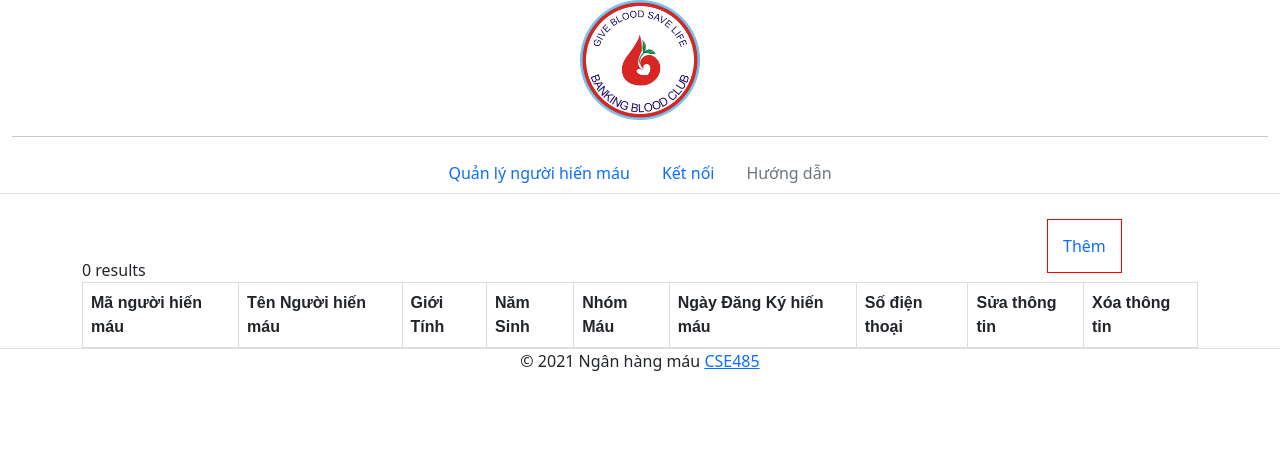
Repository: lengso01/CSE485_K61_KTGK_1951060981
Page: http://localhost/danhsach.php
The author's editor kept a copy of each file at every save. The page is drawn from the files as they stood at one save, then again after the next save.
The browser window is 1280 px wide. The pictures show the whole page.
Some web libraries are served in a nearby version. The page is run by PHP 8.4 with error messages shown; the project is at /var/www/html/. Queries for data that is not in the repository find no rows.

Above is the page before, as saved 2021-10-21 11:09:28.

### src/danhsach.php
<?php
include('config/db.php');
include('header.php');
?>
<main>
<style>
    table {
        font-family: arial, sans-serif;
        border-collapse: collapse;
        width: 100%;
    }

    td,
    th {
        border: 1px solid #dddddd;
        text-align: left;
        padding: 8px;
    }

    tr:nth-child(even) {
        background-color: #dddddd;
    }
    .them a{
        border: 1px solid red;
        margin: 15px;
        padding: 15px;
        text-decoration: none;
    }
    .add{
        margin-top: 40px;
    }
</style>
<div class="container">
        <div class="row add" >
            <div class="col-md-10"></div>
            <div class="col-md-2 them">
            <a href="them.php" ><i class="bi bi-person-plus-fill"></i>Thêm</a>
            </div>

        </div>
        <div class="row">
            <div class="col-md-12">
                <table>
                    <tr>
                        <th>Mã người hiến máu</th>
                        <th>Tên Người hiến máu</th>
                        <th>Giới Tính</th>
                        <th>Năm Sinh</th>
                        <th>Nhóm Máu</th>
                        <th>Ngày Đăng Ký hiến máu</th>
                        <th>Số điện thoại</th>
                        <th>Sửa thông tin</th>
                        <th>Xóa thông tin</th>

                    </tr>
                    <?php
                    include('config/db.php');
                    $sql = "SELECT * FROM BLOOD_DONOR";
                    $result = mysqli_query($conn, $sql);

                    if (mysqli_num_rows($result) > 0) {
                        // output data of each row
                        while ($row = mysqli_fetch_assoc($result)) {
                            echo '<tr>';
                            echo '<td>'.$row["bd_id"].'</td>';
                            echo '<td>'.$row["bd_name"].'</td>';
                            echo '<td>'.$row["bd_sex"].'</td>';
                            echo '<td>'.$row["bd_age"].'</td>';
                            echo '<td>'.$row["bd_bgroup"].'</td>';
                            echo '<td>'.$row["bd_reg_date"].'</td>';
                            echo '<td>'.$row["bd_phno"].'</td>';
                            // echo '<td><a href="" ><i class="bi bi-emoji-heart-eyes"></i>Sửa</a></td>';
                            // echo '<td><a href="xoa.php?id='.$row["bd_id"].'" ><i class="bi bi-trash-fill"></i>Xóa</a></td>';
                            echo '</tr>';
                            // echo '<br>';
                        }
                    } else {
                        echo "0 results";
                    }

                    mysqli_close($conn);
                    ?>
                </table>
            </div>
        </div>
    </div>
</main>
<?php
    include('footer.php');
?>

### src/config/db.php
<?php
  $servername = "localhost";
  $username = "root";
  $password = "";

  // Create connection
  $conn = mysqli_connect($servername, $username, $password, 'project');
?>

### src/header.php
<!doctype html>
<html lang-en>
    <head>
        <!-- Meta tags -->
        <meta charset="utf-8">
        <meta name="viewport" content="width=device-width, initial-scale=1.0">
        <!-- Bootstrap CSS -->
        <link href="https://cdn.jsdelivr.net/npm/bootstrap@5.0.2/dist/css/bootstrap.min.css" rel="stylesheet" integrity="sha384-EVSTQN3/azprG1Anm3QDgpJLIm9Nao0Yz1ztcQTwFspd3yD65VohhpuuCOmLASjC" crossorigin="anonymous">

        <title>Quản lý ngân hàng máu</title>
    </head>
    <body>
        <header>
            <div class="container-fluid border-bottom border-1 boder-dark">
                <div class="row">
                    <div class="col-md-12 text-center">
                        <img src="image/Logo_nghm.jpg" alt="" class="col-md-6" style="width:120px " >
                        <hr>
                        <div class="col-md-12">
                            <ul class="nav justify-content-center">
                                <li class="nav-item">
                                    <a class="nav-link" href="danhsach.php" >Quản lý người hiến máu</a>
                                </li>
                                <li class="nav-item">
                                    <a class="nav-link" href="#" >Kết nối</a>
                                </li>
                                <li class="nav-item">
                                    <a class="nav-link disabled" href="#" >Hướng dẫn</a>
                                </li>
                            </ul>
                        </div>
                    </div>
                </div>
            </div>
        </header>

### src/footer.php

<footer>
    <div class="container-fluid border-top border-1 boder-dark flex-end">
        <div class="container">
            <div class="row">
                <div class="col-md-12">
                    <p class="text-center">© 2021 Ngân hàng máu <a href="#">CSE485</a></p>
                </div>
            </div>
        </div>
    </div>
</footer>
        <script src="https://cdn.jsdelivr.net/npm/@popperjs/core@2.10.2/dist/umd/popper.min.js" integrity="sha384-7+zCNj/IqJ95wo16oMtfsKbZ9ccEh31eOz1HGyDuCQ6wgnyJNSYdrPa03rtR1zdB" crossorigin="anonymous"></script>
        <script src="https://cdn.jsdelivr.net/npm/bootstrap@5.1.1/dist/js/bootstrap.bundle.min.js" integrity="sha384-/bQdsTh/da6pkI1MST/rWKFNjaCP5gBSY4sEBT38Q/9RBh9AH40zEOg7Hlq2THRZ" crossorigin="anonymous"></script>
    </body>
</html>

After the next save:
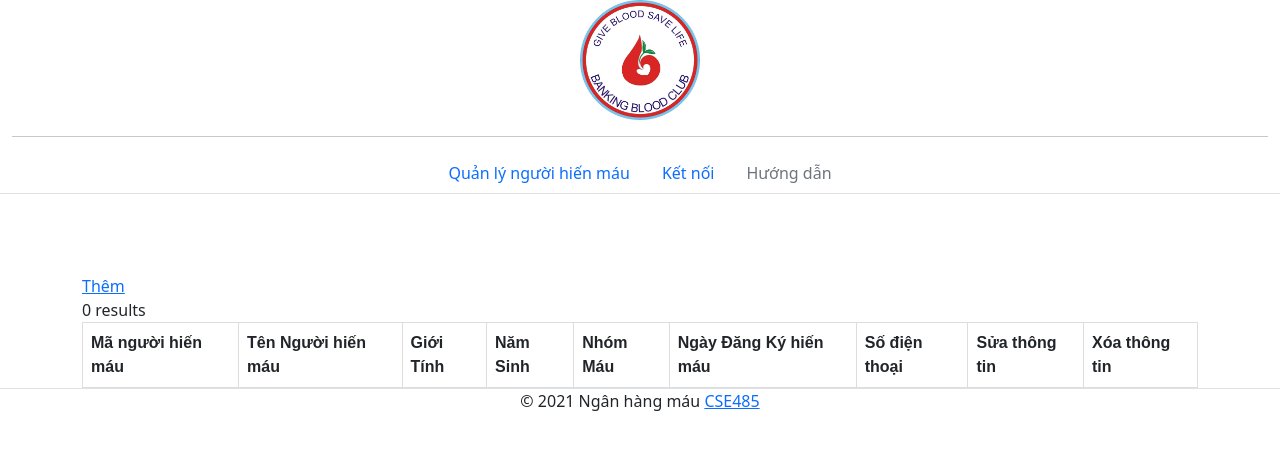
Saved 2 min 32 s later.
--- a/src/danhsach.php
+++ b/src/danhsach.php
@@ -20,21 +20,20 @@
     tr:nth-child(even) {
         background-color: #dddddd;
     }
-    .them a{
+    /* .them a{
         border: 1px solid red;
         margin: 15px;
         padding: 15px;
         text-decoration: none;
-    }
+    } */
     .add{
         margin-top: 40px;
     }
 </style>
 <div class="container">
         <div class="row add" >
-            <div class="col-md-10"></div>
-            <div class="col-md-2 them">
-            <a href="them.php" ><i class="bi bi-person-plus-fill"></i>Thêm</a>
+            <div class="add">
+            <a href="add-ds.php" ><i class="bi bi-person-plus-fill"></i>Thêm</a>
             </div>
 
         </div>
@@ -72,7 +71,6 @@
                             // echo '<td><a href="" ><i class="bi bi-emoji-heart-eyes"></i>Sửa</a></td>';
                             // echo '<td><a href="xoa.php?id='.$row["bd_id"].'" ><i class="bi bi-trash-fill"></i>Xóa</a></td>';
                             echo '</tr>';
-                            // echo '<br>';
                         }
                     } else {
                         echo "0 results";
